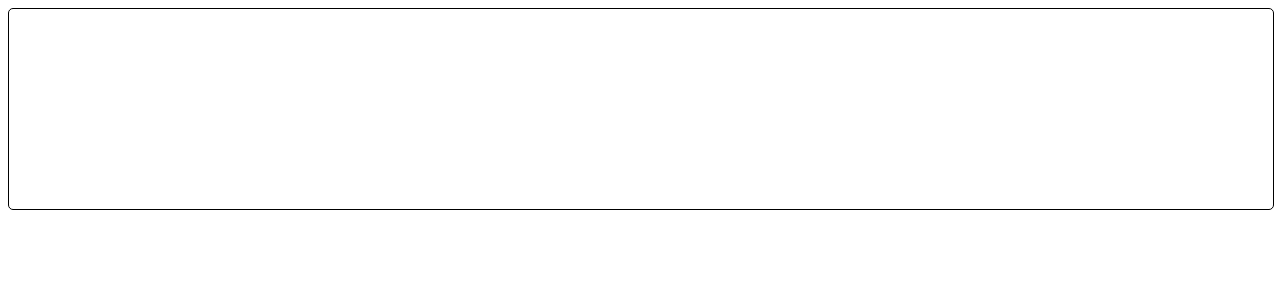
Repository: ozielms/flexbox
Page: outros/flexbox-master/index.html
These files come from the project's save history. The page is drawn as it stood at one moment and after the next save; the edit follows.
The browser window is 1280 px wide. The pictures show the whole page.

Above is the page before, as saved 2022-04-23 03:51:17.

### outros/flexbox-master/index.html
<!DOCTYPE html>
<html lang="en">

<head>
    <meta charset="UTF-8">
    <meta http-equiv="X-UA-Compatible" content="IE=edge">
    <meta name="viewport" content="width=device-width, initial-scale=1.0">
    <title>Flexbox</title>

    <link rel="stylesheet" href="css/estilo.css">
</head>

<body>

    <div class="menu_flex"></div>

</body>

</html>

### outros/flexbox-master/css/estilo.css
.menu_flex {
    width: 100%;
    height: 200px;
    border: 1px solid black;
    border-radius: 5px;
}

After the next save:
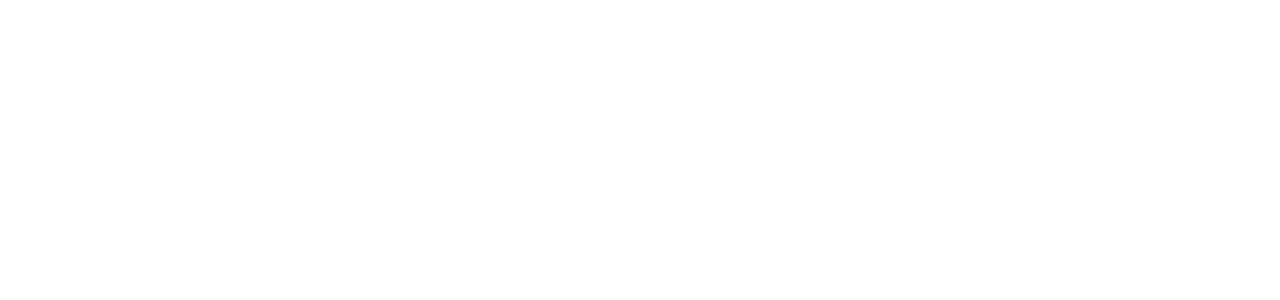
Saved 52 s later.
--- a/outros/flexbox-master/index.html
+++ b/outros/flexbox-master/index.html
@@ -12,7 +12,11 @@
 
 <body>
 
-    <div class="menu_flex"></div>
+    <div class="pai">
+        <div class="filho1"></div>
+        <div class="filho2"></div>
+        <div class="filho3"></div>
+    </div>
 
 </body>
 

After the save that followed:
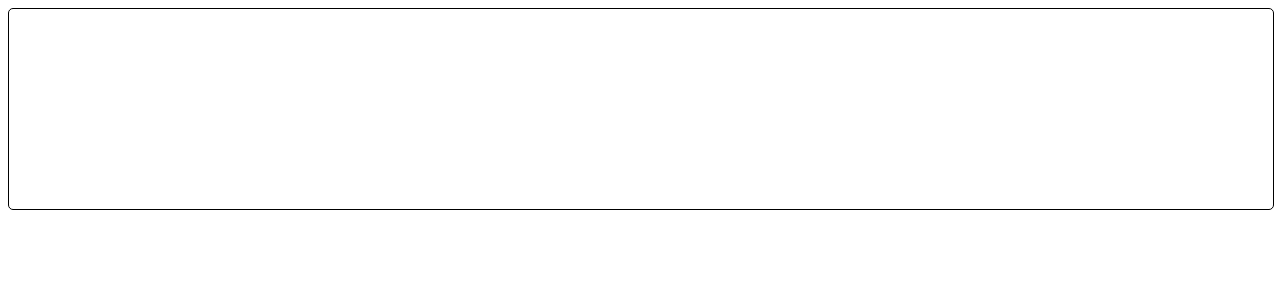
Saved 7 s later.
--- a/outros/flexbox-master/css/estilo.css
+++ b/outros/flexbox-master/css/estilo.css
@@ -1,4 +1,4 @@
-.menu_flex {
+.pai {
     width: 100%;
     height: 200px;
     border: 1px solid black;
